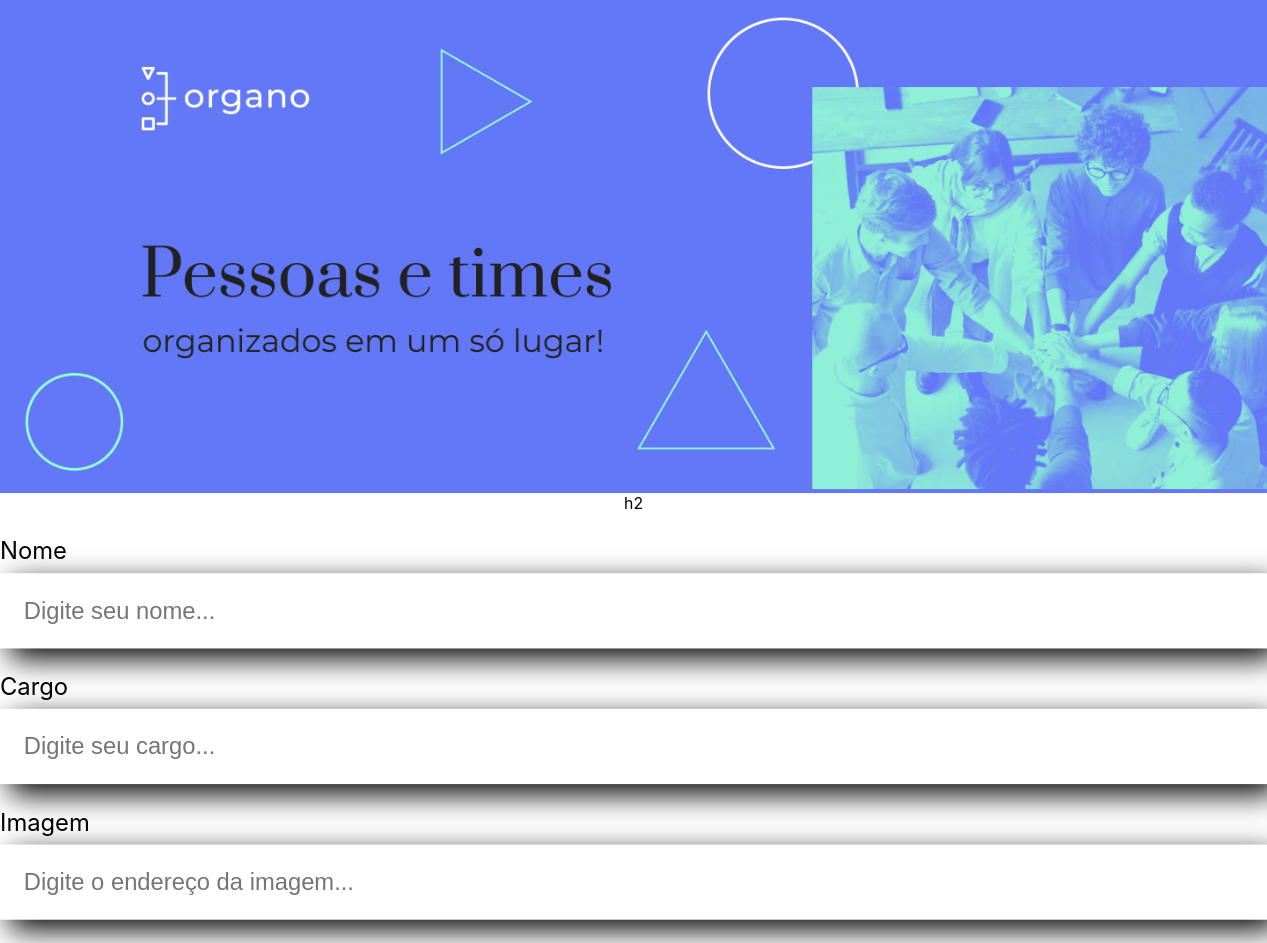
Repository: Joao-Carlos-Garcia-DEV/organo
Page: /
The author's editor kept a copy of each file at every save. The page is drawn from the files as they stood at one save, then again after a run of saves.
The browser window is 1280 px wide. The pictures show the whole page, at 99% of full size.
The project was rebuilt for these pictures with package versions that can differ from the ones it lists, and the page was loaded fresh each time. Also part of the build but not shown: src/Componentes/Formulario/Formulario.css.

Above is the page before, as saved 2024-07-09 19:04:39.

After the next 7 saves:
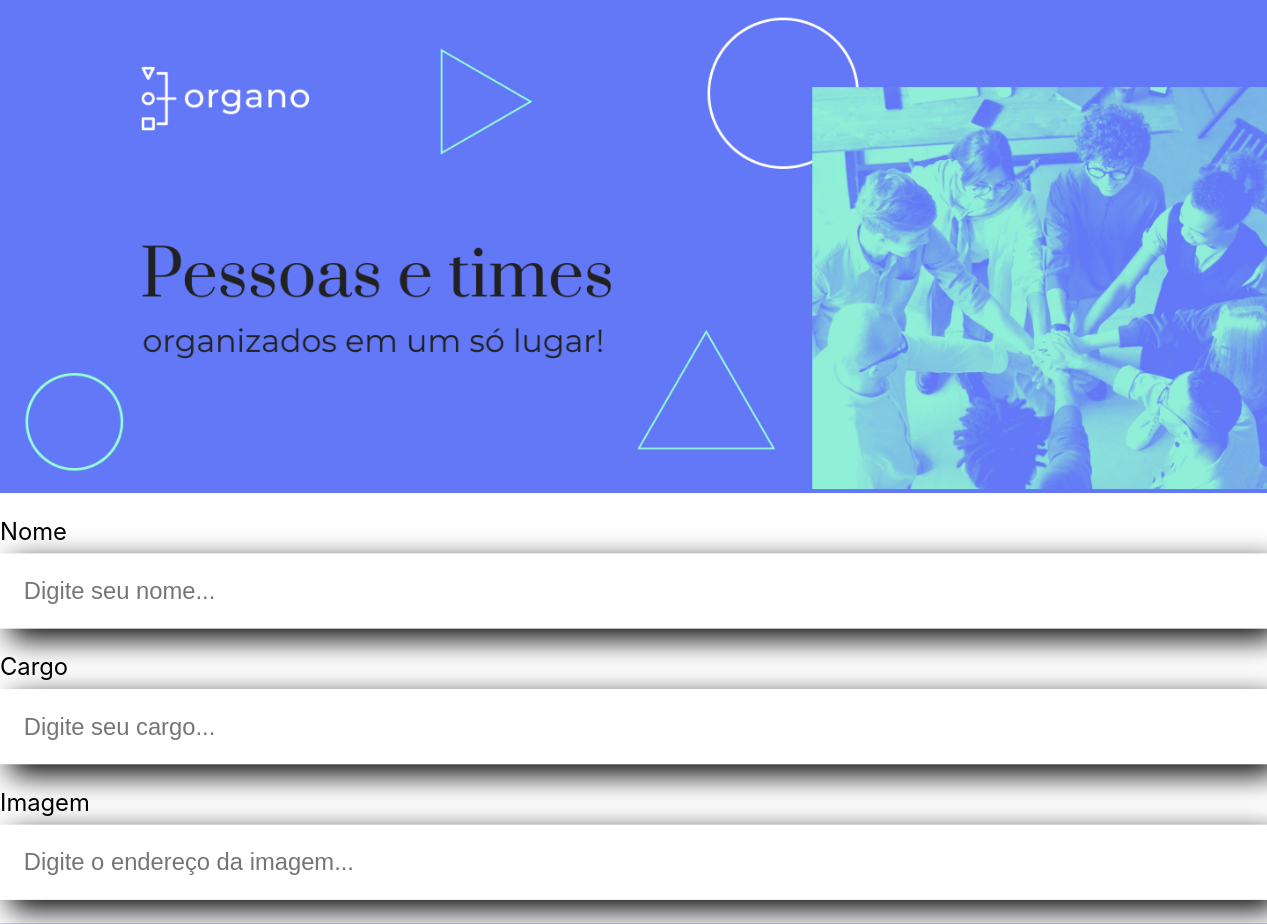
The 7 saves are shown as one change because they came seconds apart.
The last was saved 16 s later.
--- a/src/Componentes/Formulario/Index.js
+++ b/src/Componentes/Formulario/Index.js
@@ -5,7 +5,9 @@ const Formulario = () => {
     return (
         <section>
             <form>
-                h2
+                <h2>
+
+                </h2>
                 <CampoTexto label="Nome" placeholder="Digite seu nome" />
                 <CampoTexto label="Cargo" placeholder="Digite seu cargo" />
                 <CampoTexto label="Imagem" placeholder="Digite o endereço da imagem" />
